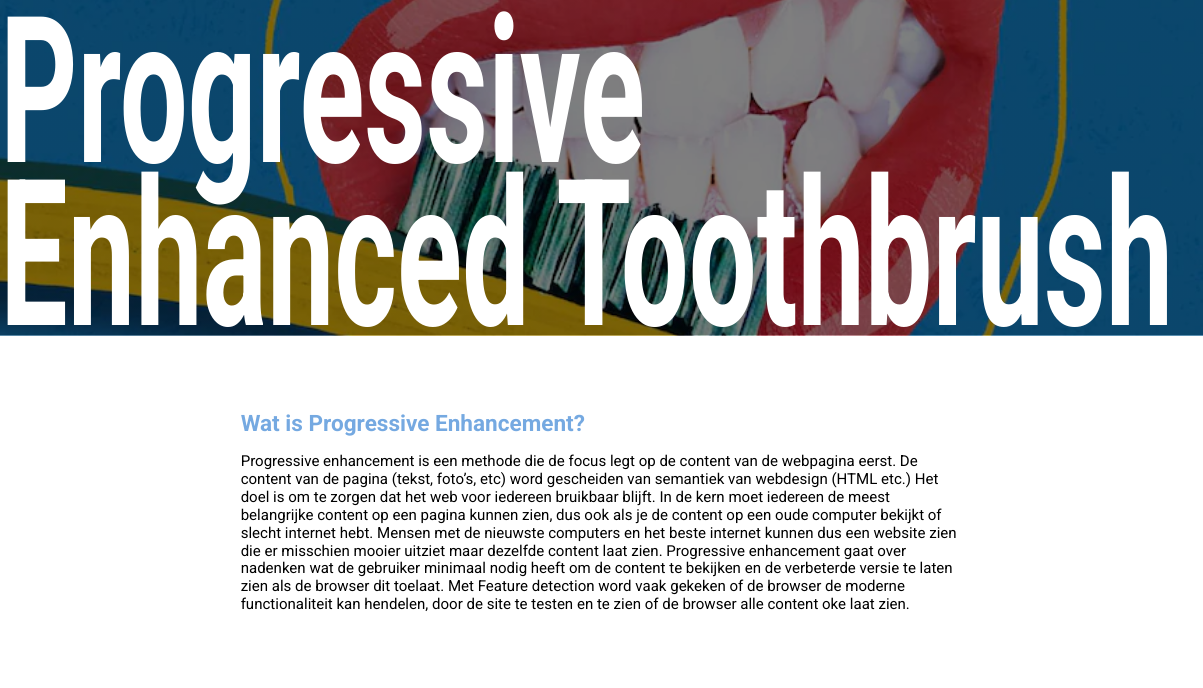
Repository: norakramer1/browser-technologies-2122
Page: progressive-enhanced-toothbrush-main/index.html
These files come from the project's save history. The page is drawn as it stood at one moment and after the next save; the edit follows.
The browser window is 1280 px wide. The pictures show the whole page, at 94% of full size.

Above is the page before, as saved 2022-03-23 12:24:56.

After the next save:
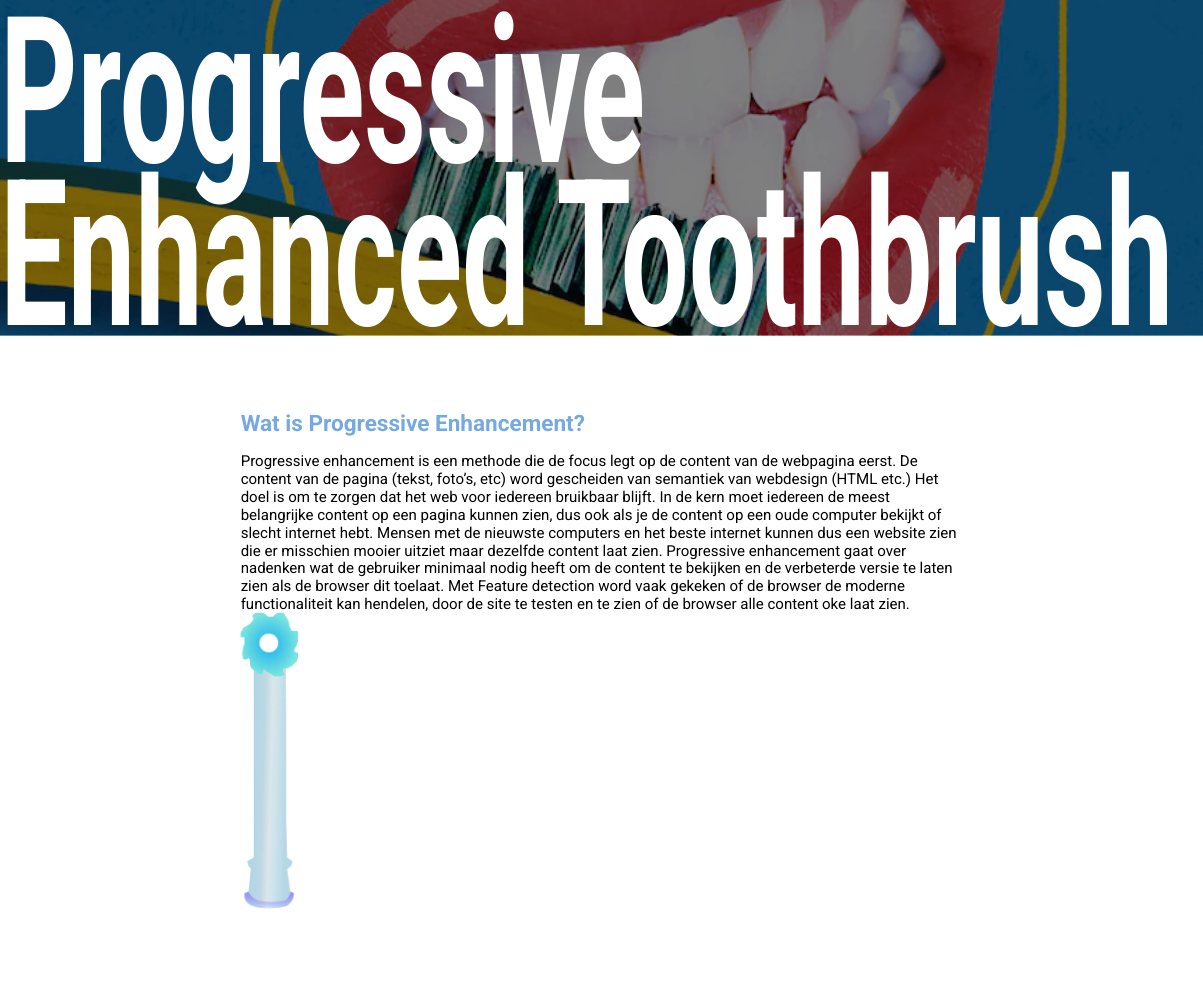
Saved 21 min 39 s later.
--- a/progressive-enhanced-toothbrush-main/index.html
+++ b/progressive-enhanced-toothbrush-main/index.html
@@ -24,6 +24,9 @@
 
                Met Feature detection word vaak gekeken of de browser de moderne functionaliteit kan hendelen, door de site te testen en te zien of de browser alle content oke laat zien.</p>
         </article>
+        <article>
+            <img src="img/opzetstukje.png" alt="Opzet stukje tandenborstel">
+        </article>
     </main>
 
     <script src="script.js"></script>
